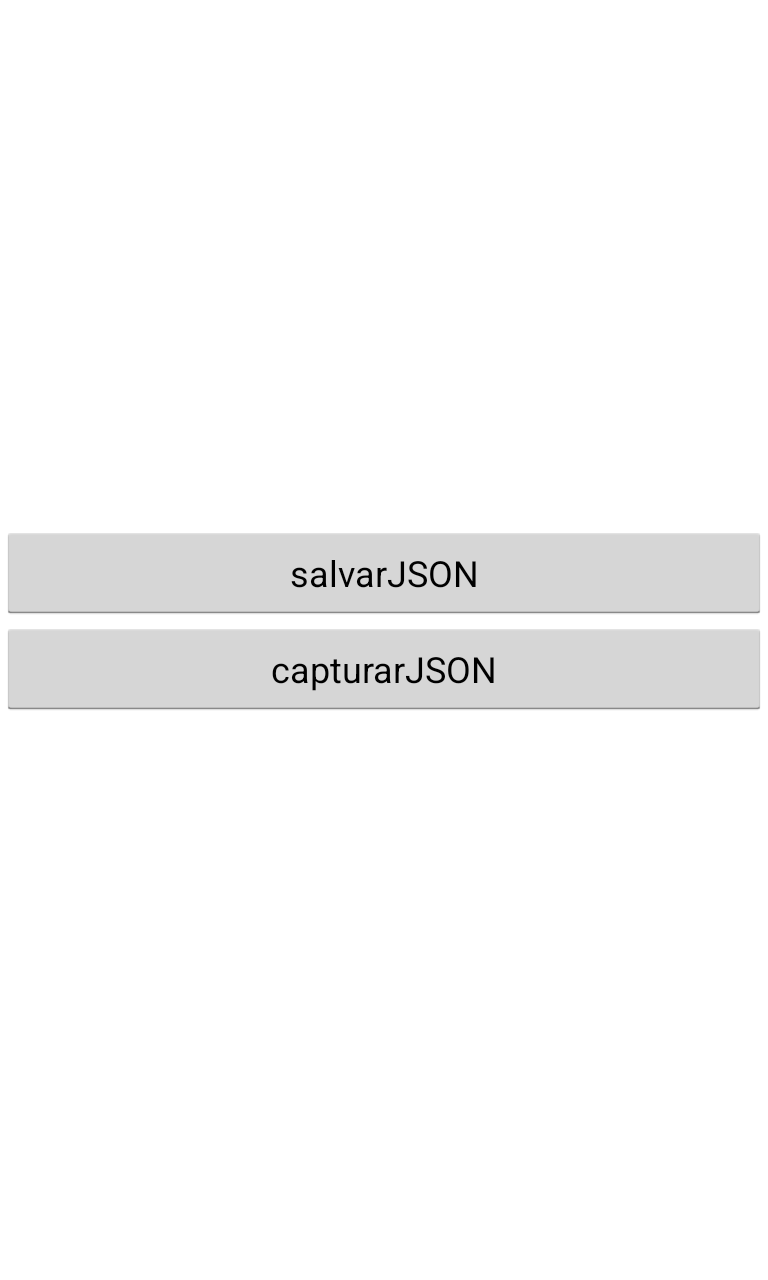
Repository: WertonGuimaraes/project-LES
Layout: LES/res/layout/activity_main.xml
These files come from the project's save history. The layout is drawn as it stood at one moment and after the next save; the edit follows.
It is drawn on a 768 x 1280 px phone screen (xhdpi) without system bars, with theme MyTheme; the app's code is not run.

Above is the layout before, as saved 2014-05-24 22:11:11.

### LES/res/layout/activity_main.xml
<LinearLayout xmlns:android="http://schemas.android.com/apk/res/android"
    xmlns:tools="http://schemas.android.com/tools"
    android:layout_width="match_parent"
    android:layout_height="match_parent"
    android:gravity="center"
    android:orientation="vertical"
    tools:context="com.ufcg.les.MainActivity" >

    <Button
        android:id="@+id/salvarJSON"
        android:layout_width="match_parent"
        android:layout_height="wrap_content"
        android:text="salvarJSON" />

    <Button
        android:id="@+id/capturarJSON"
        android:layout_width="match_parent"
        android:layout_height="wrap_content"
        android:text="capturarJSON" />

    <TextView
        android:id="@+id/result_JSON"
        android:layout_width="wrap_content"
        android:layout_height="wrap_content"
        android:text="" />

</LinearLayout>

### LES/res/values/styles.xml
<resources>

    <!--
        Base application theme, dependent on API level. This theme is replaced
        by AppBaseTheme from res/values-vXX/styles.xml on newer devices.
    -->
    <style name="AppBaseTheme" parent="android:Theme.Light">
        <!--
            Theme customizations available in newer API levels can go in
            res/values-vXX/styles.xml, while customizations related to
            backward-compatibility can go here.
        -->
    </style>

    <!-- Application theme. -->
    <style name="MyTheme" parent="@android:style/Theme.Holo.Light">
        <item name="android:actionBarStyle">@style/MyActionBar</item>
        <item name="android:popupMenuStyle">@style/MyPopupMenu</item>
    </style>

    <style name="MyActionBar" parent="@android:style/Widget.Holo.ActionBar">
        <item name="android:background">@color/bg_gray</item>
        <item name="android:textColor">@color/white</item>
    </style>

    <style name="MyPopupMenu" parent="@android:style/Widget.Holo.PopupMenu">
        <item name="android:popupBackground">#272432</item>
    </style>

</resources>

### LES/res/values/colors.xml
<?xml version="1.0" encoding="utf-8"?>
<resources>

    <color name="white">#FFFFFF</color>
    <color name="transparent_white">#80FFFFFF</color>
    <color name="bg_gray">#DCDCDC</color>
    <color name="back_app">#00BEED</color>
    <color name="black_text">#030005</color>
    <color name="violet">#FF2d3054</color>
    <color name="blanchedAlmond">#FFEBCD</color>
    <color name="blue">#0000FF</color>
    <color name="blueviolet">#8A2BE2</color>
    <color name="brown">#A52A2A</color>
    <color name="burlywood">#DEB887</color>
    <color name="cadetblue">#5F9EA0</color>
    <color name="chartreuse">#7FFF00</color>
    <color name="chocolate">#D2691E</color>
    <color name="coral">#FF7F50</color>
    <color name="cornflowerblue">#6495ED</color>
    <color name="cornsilk">#FFF8DC</color>
    <color name="crimson">#DC143C</color>
    <color name="cyan">#00FFFF</color>
    <color name="darkblue">#00008B</color>
    <color name="darkcyan">#008B8B</color>
    <color name="darkgoldenrod">#B8860B</color>
    <color name="darkgray">#A9A9A9</color>
    <color name="darkgreen">#006400</color>
    <color name="darkkhaki">#BDB76B</color>
    <color name="darkmagenta">#8B008B</color>
    <color name="darkolivegreen">#556B2F</color>
    <color name="darkorange">#FF8C00</color>
    <color name="darkorchid">#9932CC</color>
    <color name="darkred">#8B0000</color>
    <color name="darksalmon">#E9967A</color>
    <color name="darkseagreen">#8FBC8F</color>
    <color name="darkslateblue">#483D8B</color>
    <color name="darkslategray">#2F4F4F</color>
    <color name="darkturquoise">#00CED1</color>
    <color name="darkviolet">#9400D3</color>
    <color name="deeppink">#FF1493</color>
    <color name="deepskyblue">#00BFFF</color>
    <color name="dimgray">#696969</color>
    <color name="dodgerblue">#1E90FF</color>
    <color name="feldspar">#D19275</color>
    <color name="firebrick">#B22222</color>
    <color name="floralwhite">#FFFAF0</color>
    <color name="forestgreen">#228B22</color>
    <color name="fuchsia">#FF00FF</color>
    <color name="gainsboro">#DCDCDC</color>
    <color name="ghostwhite">#F8F8FF</color>
    <color name="gold">#FFD700</color>
    <color name="goldenrod">#DAA520</color>

</resources>

After the next save:
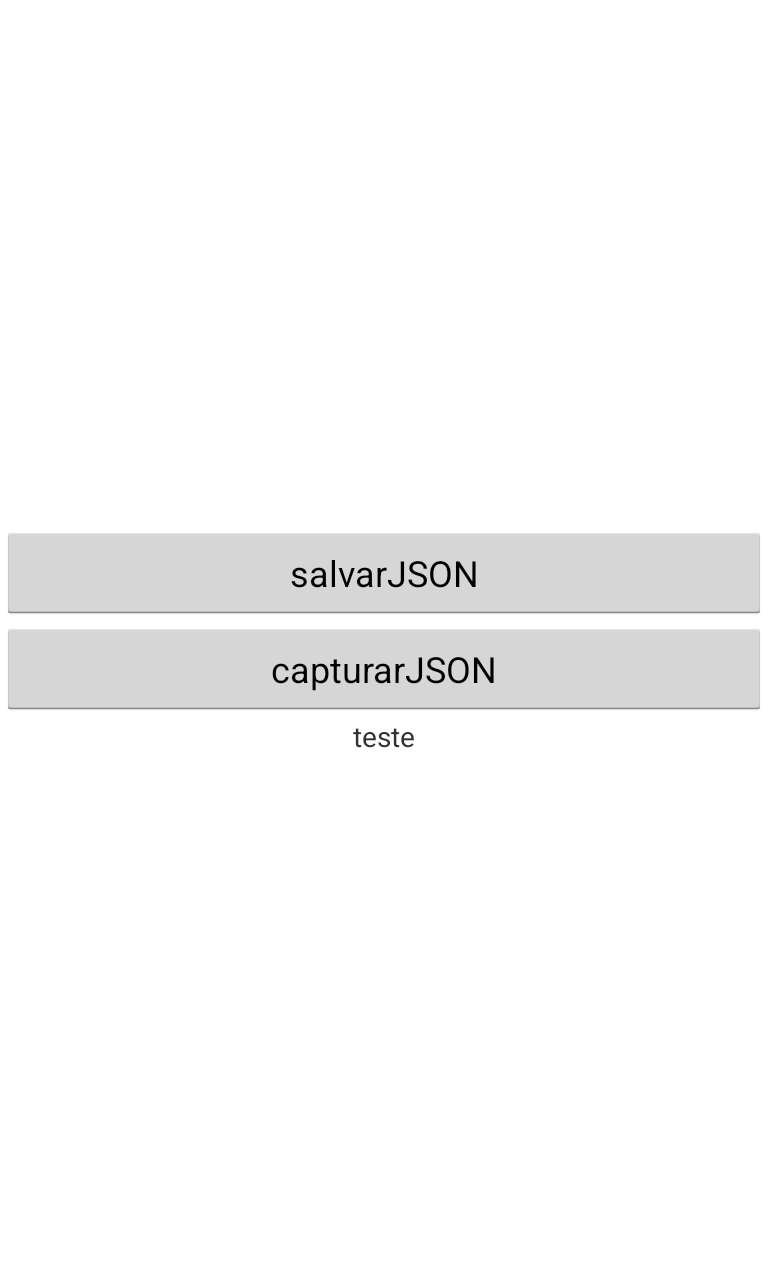
Saved 68 s later.
--- a/LES/res/layout/activity_main.xml
+++ b/LES/res/layout/activity_main.xml
@@ -5,6 +5,9 @@
     android:gravity="center"
     android:orientation="vertical"
     tools:context="com.ufcg.les.MainActivity" >
+
+
+
 
     <Button
         android:id="@+id/salvarJSON"
@@ -22,6 +25,6 @@
         android:id="@+id/result_JSON"
         android:layout_width="wrap_content"
         android:layout_height="wrap_content"
-        android:text="" />
+        android:text="teste" />
 
 </LinearLayout>

After the save that followed:
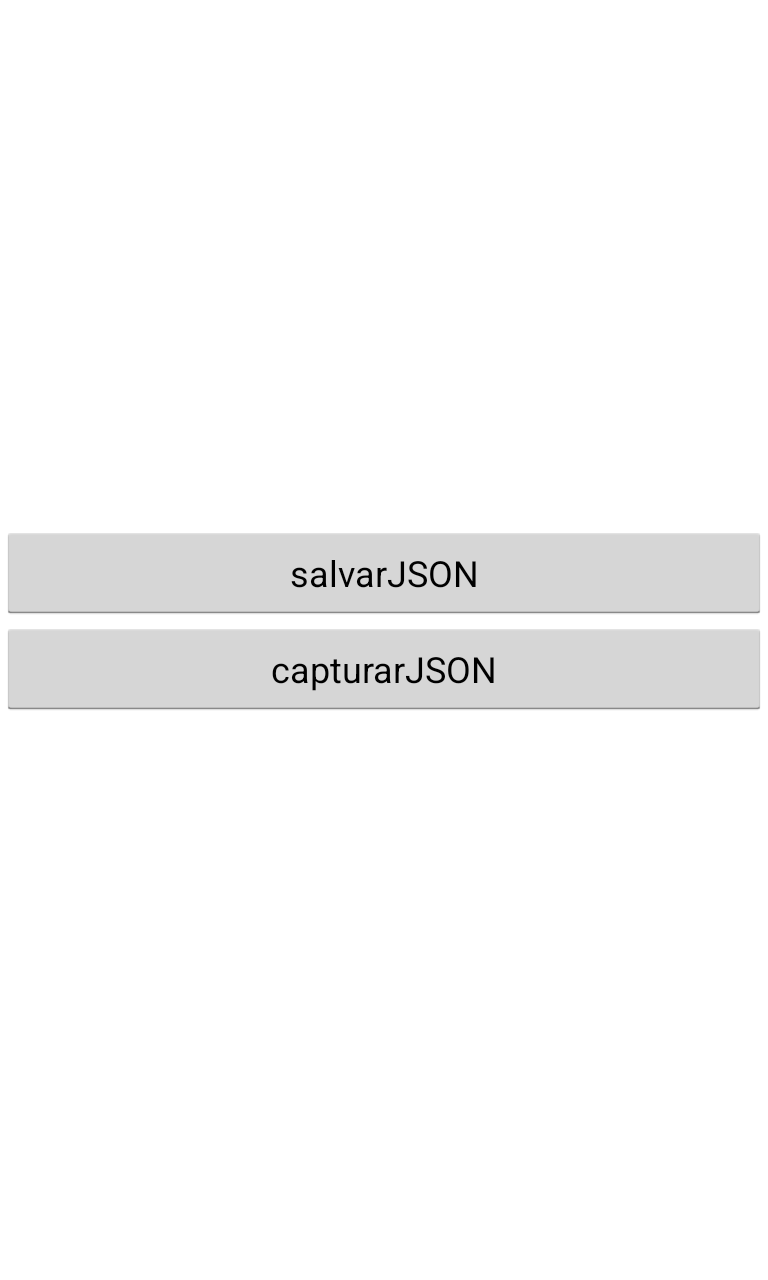
Saved 7 min 35 s later.
--- a/LES/res/layout/activity_main.xml
+++ b/LES/res/layout/activity_main.xml
@@ -25,6 +25,6 @@
         android:id="@+id/result_JSON"
         android:layout_width="wrap_content"
         android:layout_height="wrap_content"
-        android:text="teste" />
+        android:text="" />
 
 </LinearLayout>
